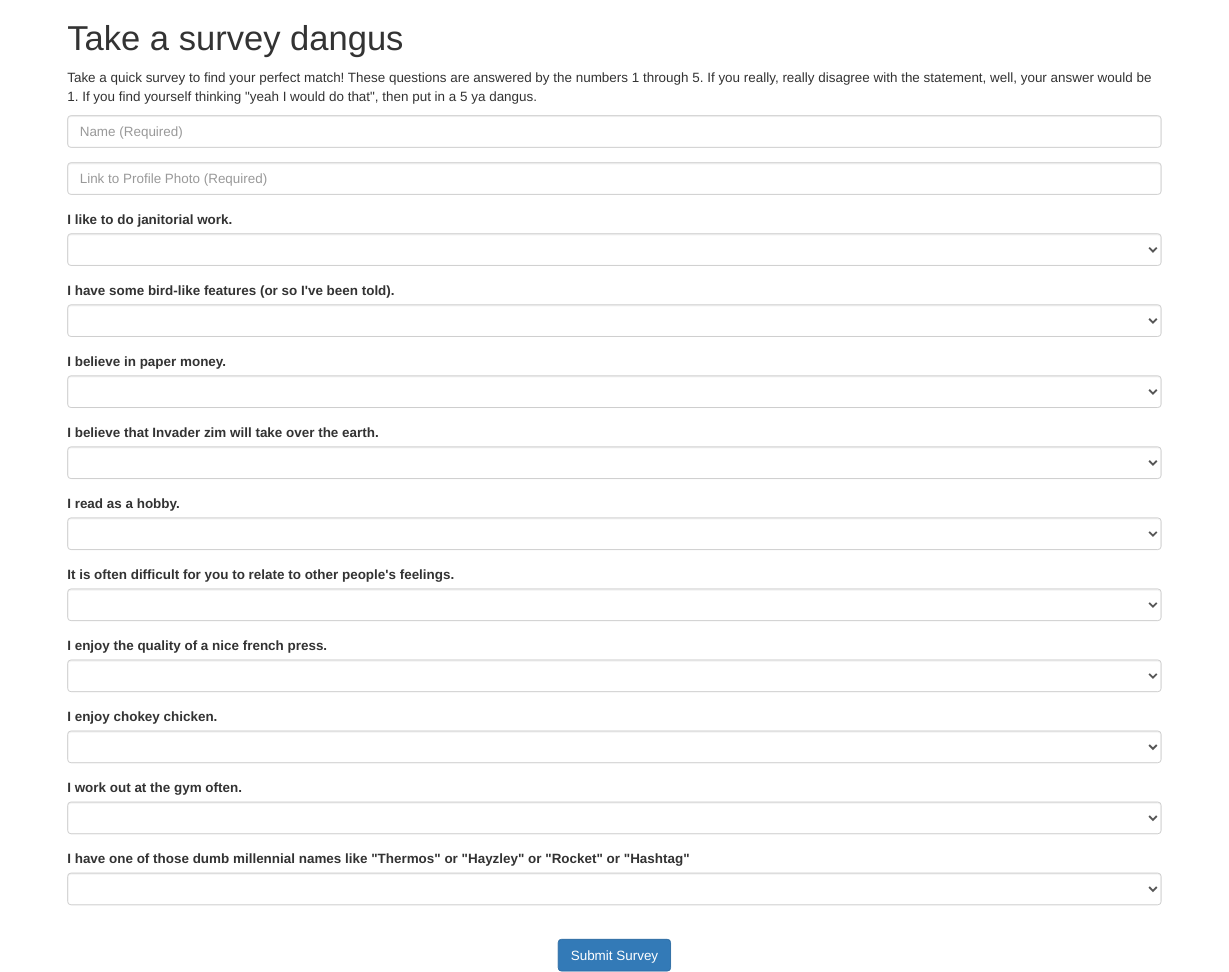
Repository: kcummings1/Mate-Matcher
Page: public/survey.html
An editor plug-in stored every save of this project. The page is shown before and after the next save, followed by the edit.
The browser window is 1280 px wide. The pictures show the whole page, at 96% of full size.
Some web libraries are served in a nearby version.

Above is the page before, as saved 2019-10-05 12:18:03.

### public/survey.html
<!DOCTYPE html>
<html>

<head>
    <title>Friend Finder | Survey</title>
    <!--===================\\BootStrap//===================-->
    <link rel="stylesheet" href="https://maxcdn.bootstrapcdn.com/bootstrap/3.3.7/css/bootstrap.min.css">
    <link rel="stylesheet" href="https://maxcdn.bootstrapcdn.com/font-awesome/4.7.0/css/font-awesome.min.css">
</head>
<body>

    <div class="container">

        <h1>Take a survey dangus</h1>
        <p>Take a quick survey to find your perfect match! These questions are answered by the numbers 1 through 5. If
            you really, really disagree with the statement, well, your answer would be 1. If you find yourself thinking
            "yeah I would do that", then put in a 5 ya dangus.</p>
        <form>
            <div class="form-group">
                <input id="name" type="text" class="form-control" placeholder="Name (Required)">
            </div>
            <div class="form-group">
                <input id="photo" type="text" class="form-control" placeholder="Link to Profile Photo (Required)">
            </div>
            <div class="form-group">
                <label for="question1">I like to do janitorial work.</label>
                <select class="form-control" id="question1">
                    <option value="empty"></option>
                    <option value="1">1</option>
                    <option value="2">2</option>
                    <option value="3">3</option>
                    <option value="4">4</option>
                    <option value="5">5</option>
                </select>
            </div>
            <div class="form-group">
                <label for="question2">I have some bird-like features (or so I've been told).</label>
                <select class="form-control" id="question2">
                    <option value="empty"></option>
                    <option value="1">1</option>
                    <option value="2">2</option>
                    <option value="3">3</option>
                    <option value="4">4</option>
                    <option value="5">5</option>
                </select>
            </div>
            <div class="form-group">
                <label for="question3">I believe in paper money.</label>
                <select class="form-control" id="question3">
                    <option value="empty"></option>
                    <option value="1">1</option>
                    <option value="2">2</option>
                    <option value="3">3</option>
                    <option value="4">4</option>
                    <option value="5">5</option>
                </select>
            </div>
            <div class="form-group">
                <label for="question4">I believe that Invader zim will take over the earth.</label>
                <select class="form-control" id="question4">
                    <option value="empty"></option>
                    <option value="1">1</option>
                    <option value="2">2</option>
                    <option value="3">3</option>
                    <option value="4">4</option>
                    <option value="5">5</option>
                </select>
            </div>
            <div class="form-group">
                <label for="question5">I read as a hobby.</label>
                <select class="form-control" id="question5">
                    <option value="empty"></option>
                    <option value="1">1</option>
                    <option value="2">2</option>
                    <option value="3">3</option>
                    <option value="4">4</option>
                    <option value="5">5</option>
                </select>
            </div>
            <div class="form-group">
                <label for="question6">It is often difficult for you to relate to other people's feelings.</label>
                <select class="form-control" id="question6">
                    <option value="empty"></option>
                    <option value="1">1</option>
                    <option value="2">2</option>
                    <option value="3">3</option>
                    <option value="4">4</option>
                    <option value="5">5</option>
                </select>
            </div>
            <div class="form-group">
                <label for="question7">I enjoy the quality of a nice french press.</label>
                <select class="form-control" id="question7">
                    <option value="empty"></option>
                    <option value="1">1</option>
                    <option value="2">2</option>
                    <option value="3">3</option>
                    <option value="4">4</option>
                    <option value="5">5</option>
                </select>
            </div>
            <div class="form-group">
                <label for="question8">I enjoy chokey chicken.</label>
                <select class="form-control" id="question8">
                    <option value="empty"></option>
                    <option value="1">1</option>
                    <option value="2">2</option>
                    <option value="3">3</option>
                    <option value="4">4</option>
                    <option value="5">5</option>
                </select>
            </div>
            <div class="form-group">
                <label for="question9">I work out at the gym often.</label>
                <select class="form-control" id="question9">
                    <option value="empty"></option>
                    <option value="1">1</option>
                    <option value="2">2</option>
                    <option value="3">3</option>
                    <option value="4">4</option>
                    <option value="5">5</option>
                </select>
            </div>
            <div class="form-group">
                <label for="question10">I have one of those dumb millennial names like "Thermos" or "Hayzley" or
                    "Rocket" or "Hashtag"</label>
                <select class="form-control" id="question10">
                    <option value="empty"></option>
                    <option value="1">1</option>
                    <option value="2">2</option>
                    <option value="3">3</option>
                    <option value="4">4</option>
                    <option value="5">5</option>
                </select>
            </div>
        </form>
        <div class="text-center"><br>
            <input type="submit" class="btn btn-primary" value="Submit Survey" id="submit">
        </div>

        <!-- Modal after survey completion -->
        <div id="bestFriendModal" class="modal fade" role="dialog">
            <div class="modal-dialog">
                <div class="modal-content">
                    <div class="modal-header">

                        <h3 class="modal-title">Your New Best Friend</h1>
                    </div>
                    <div class="modal-body">
                        <h2 id="bestFriend"></h2>

                    </div>
                    <div class="modal-footer">
                        <!-- <img id="bestFriendPhoto" src="#"> <button type="button" class="btn btn-default" data-dismiss="modal">Close</button> -->
                    </div>
                </div>
            </div>
        </div>
    </div>



    <script src="https://code.jquery.com/jquery-3.2.1.min.js"
        integrity="sha256-hwg4gsxgFZhOsEEamdOYGBf13FyQuiTwlAQgxVSNgt4=" crossorigin="anonymous"></script>
    <script src="https://maxcdn.bootstrapcdn.com/bootstrap/3.3.7/js/bootstrap.min.js"></script>
</body>

</html>

<script type="text/javascript">
    $("#submitBtn").on("click", function (event) {
        event.preventDefault();
        // Form validation
        var valid = true;
        if ($("#name").val() === "" ||
            $("#photo").val() === "") {
            valid = false;
        } else if ($("#question1").val() === "empty" ||
            $("#question2").val() === "empty" ||
            $("#question3").val() === "empty" ||
            $("#question4").val() === "empty" ||
            $("#question5").val() === "empty" ||
            $("#question6").val() === "empty" ||
            $("#question7").val() === "empty" ||
            $("#question8").val() === "empty" ||
            $("#question9").val() === "empty" ||
            $("#question10").val() === "empty") {
            valid = false;
        }
        if (valid === true) {
            var newUser = {
                name: $("#name").val().trim(),
                photo: $("#photo").val().trim(),
                scores: [
                    $("#question1").val(),
                    $("#question2").val(),
                    $("#question3").val(),
                    $("#question4").val(),
                    $("#question5").val(),
                    $("#question6").val(),
                    $("#question7").val(),
                    $("#question8").val(),
                    $("#question9").val(),
                    $("#question10").val()
                ]
            };
            var currentURL = window.location.origin;
            // Ajax call for receiving response after POST req
            $.post(currentURL + "/api/friends", newUser, function (data) {
                $("#bestFriend").text(data.name);
                $("#bestFriendPhoto").attr("src", data.photo);
                $("#bestFriendModal").modal("toggle");
            });
        } else {
            // If a required field is missing, show alert
            alert("Survey is incomplete!");
        }
    });
</script>

After the next save:
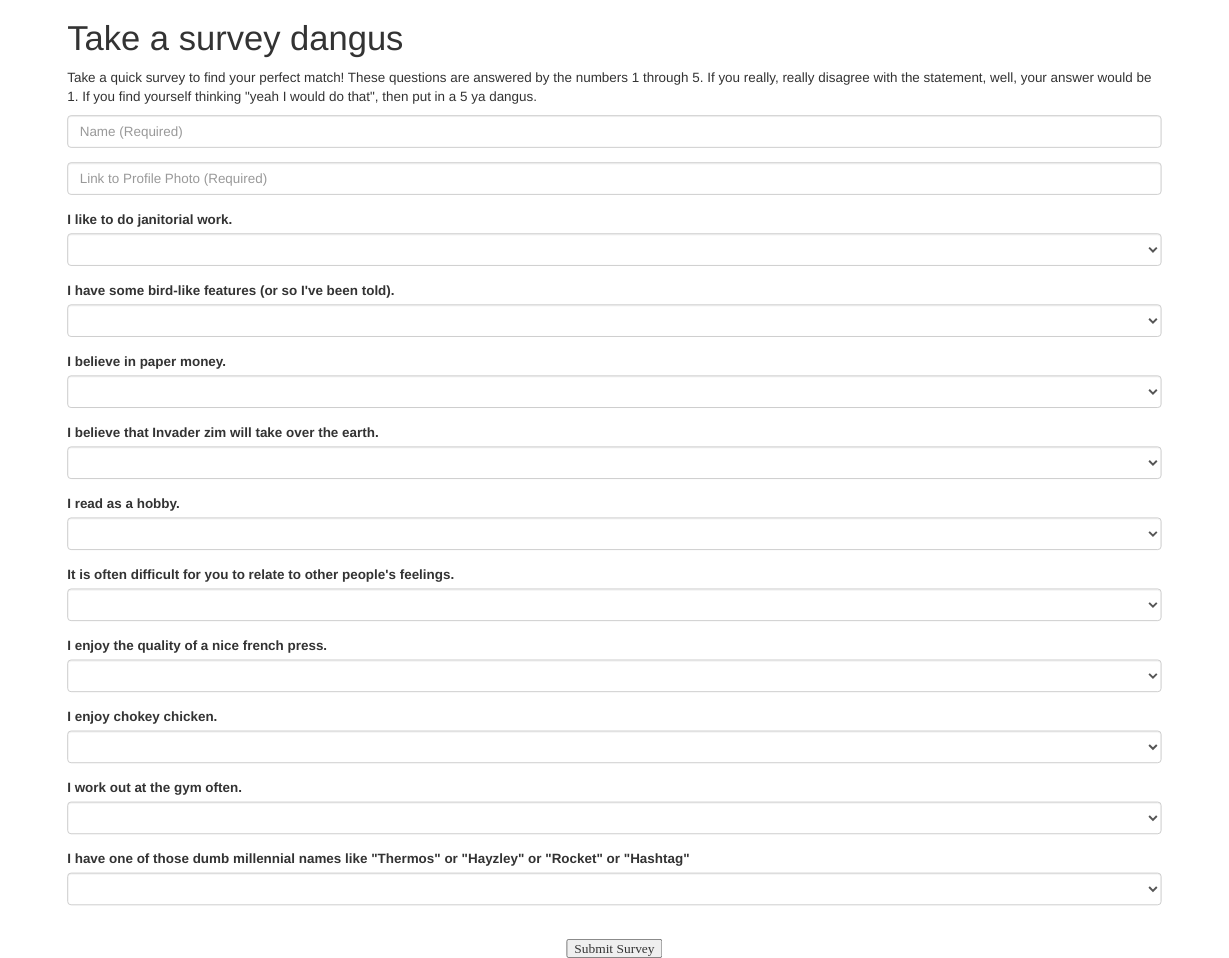
Saved 44 s later.
--- a/public/survey.html
+++ b/public/survey.html
@@ -135,7 +135,7 @@
             </div>
         </form>
         <div class="text-center"><br>
-            <input type="submit" class="btn btn-primary" value="Submit Survey" id="submit">
+            <input type="submit" class="fa fa-pencil survey-button" value="Submit Survey" id="submit">
         </div>
 
         <!-- Modal after survey completion -->
